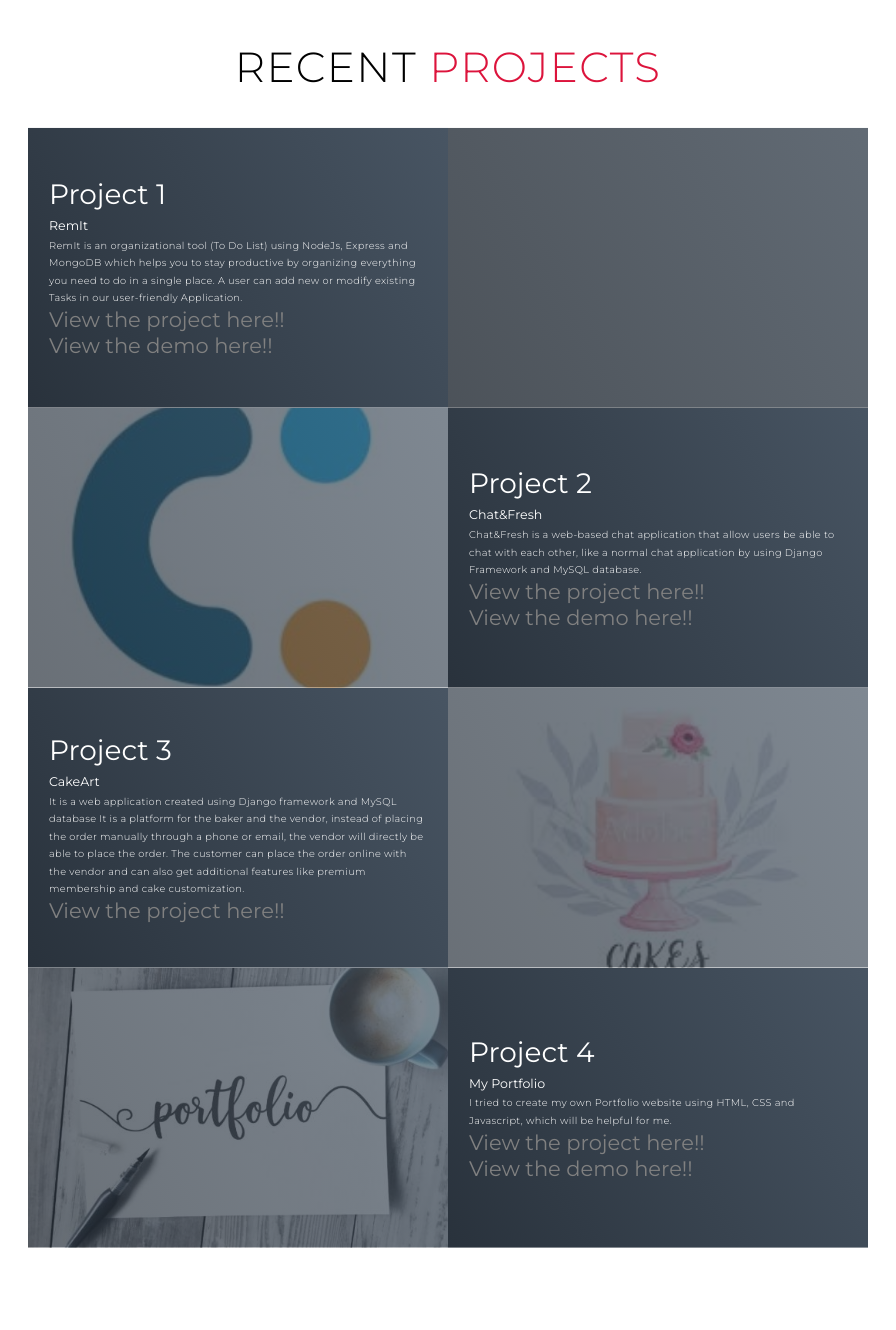
Repository: sanjana-poptani/sanjana-poptani.github.io
Page: index.html
These files come from the project's save history. The page is drawn as it stood at one moment and after the next save; the edit follows.
The browser window is 1280 px wide. The pictures show the part of the page from y = 1561 to 3461 px (the page is 5084 px tall), at 70% of full size.
Pictures or frames that could not be fetched are drawn as grey boxes.

Above is the page before, as saved 2021-12-28 00:57:32.

After the next save:
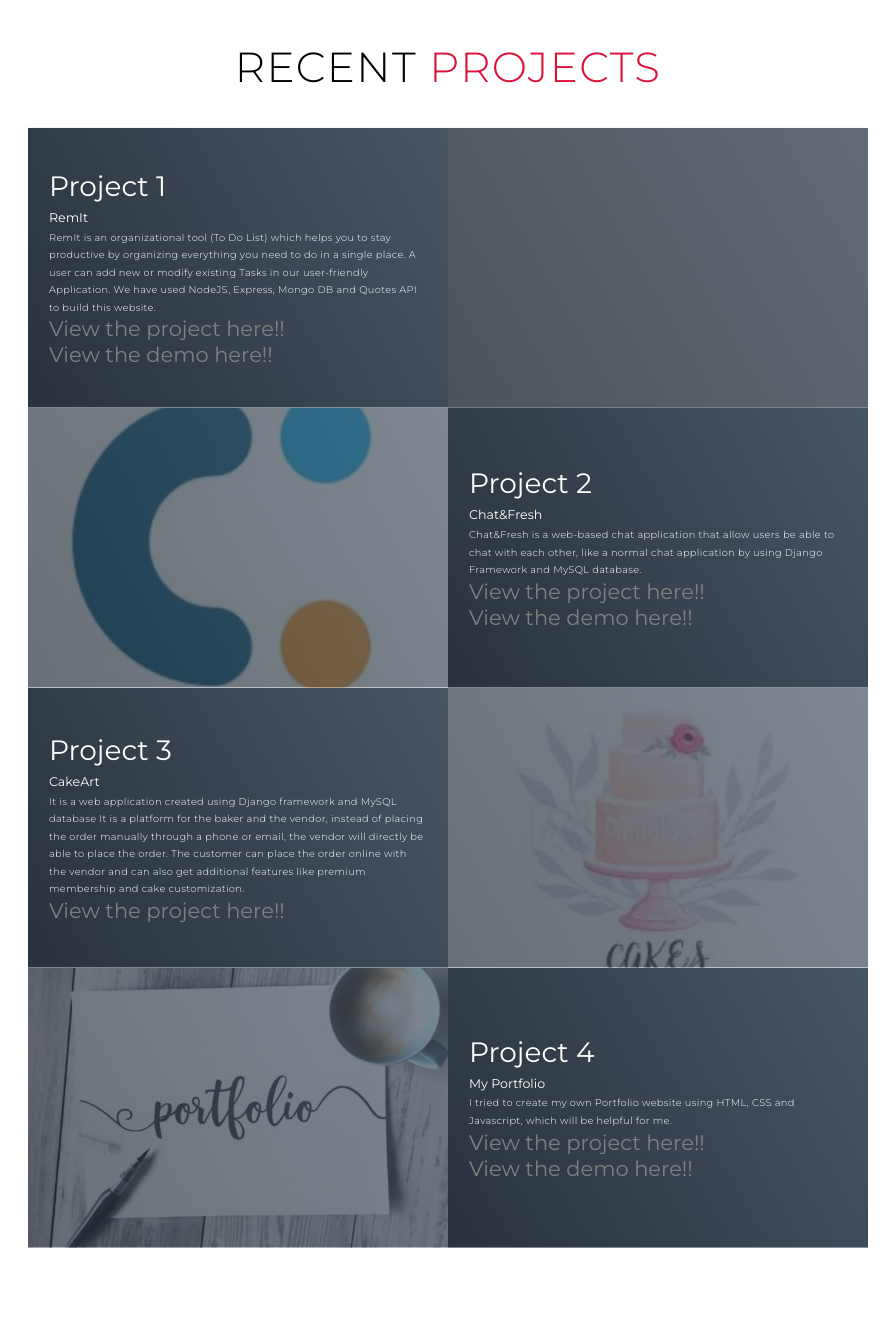
Saved 17 min 34 s later.
--- a/index.html
+++ b/index.html
@@ -95,9 +95,9 @@
           <div class="project-info">
             <h1>Project 1</h1>
             <h2>RemIt</h2>
-            <p>RemIt is an organizational tool (To Do List) using NodeJs, Express and MongoDB which helps you to stay productive
+            <p>RemIt is an organizational tool (To Do List) which helps you to stay productive
               by organizing everything you need to do in a single place. A user can add new
-              or modify existing Tasks in our user-friendly Application.</p>
+              or modify existing Tasks in our user-friendly Application. We have used NodeJS, Express, Mongo DB and Quotes API to build this website.</p>
                 <a href="https://github.com/sanjana-poptani/RemIt" style="text-decoration: none;font-size: 30px;color: gray;" target="blank"> View the project here!!</a>
                 <a href="https://remit-siskv.herokuapp.com/" style="text-decoration: none;font-size: 30px;color: gray;" target="blank"> View the demo here!!</a>
 
